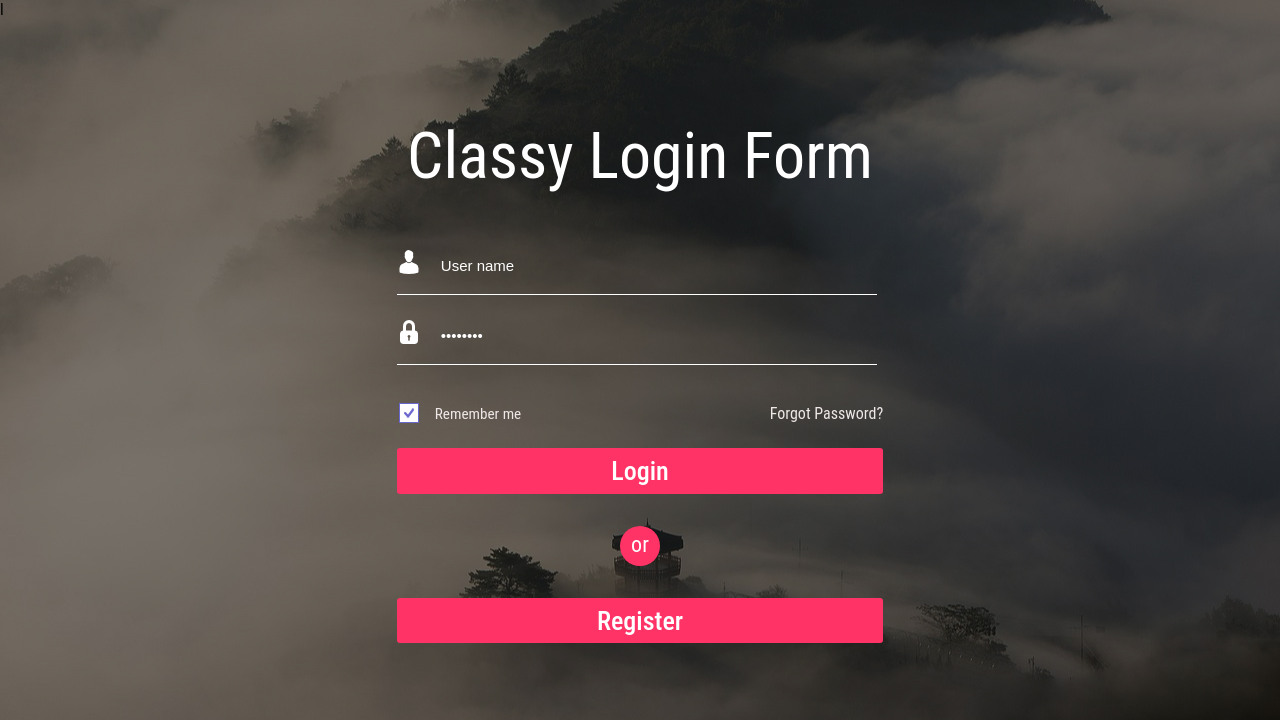
Repository: hosi04/BaiTapWeb
Page: http://localhost/BaiTapWeb_Login/views/login.jsp
These files come from the project's save history. The page is drawn as it stood at one moment and after the next save; the edit follows.
The browser window is 1280 px wide. The pictures show the whole page.
The page is served by Tomcat 9.

Above is the page before, as saved 2024-09-07 13:57:13.

After the next save:
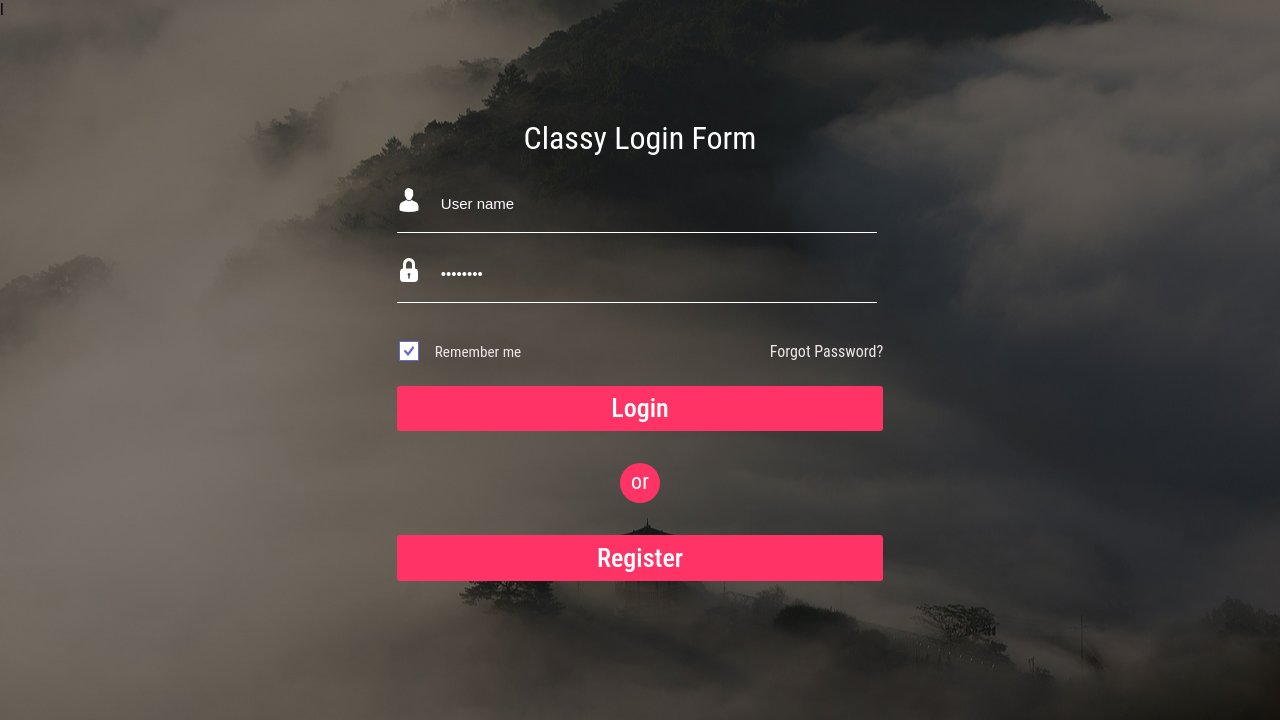
Saved 3 min 16 s later.
--- a/BaiTapWeb_Login/src/main/webapp/css/style.css
+++ b/BaiTapWeb_Login/src/main/webapp/css/style.css
@@ -72,7 +72,7 @@ a:hover{
     margin: 0 auto;
 }
 .header-main h1 {
-    font-size: 64px;
+    font-size: 32px;
     color: #FFFFFF;
     text-align: center;
     padding-bottom: 0.8em;
